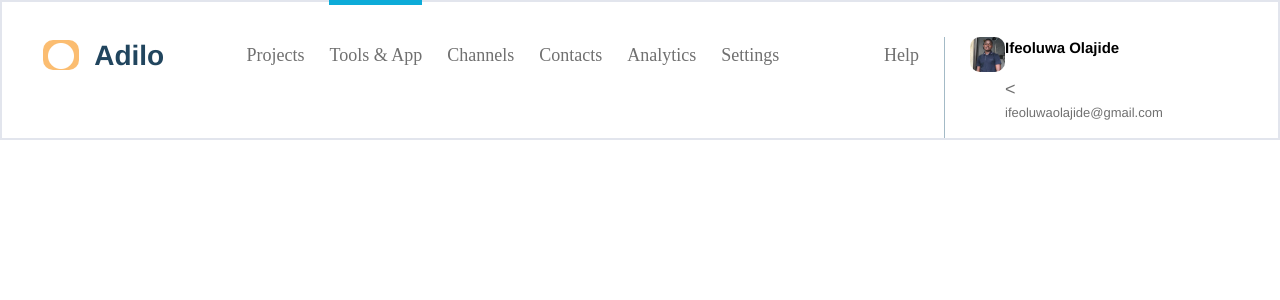
Repository: olhighjay/video_recorder
Page: /
The author's editor kept a copy of each file at every save. The page is drawn from the files as they stood at one save, then again after the next save.
The browser window is 1280 px wide. The pictures show the whole page.
Some web libraries are served in a nearby version. The project was rebuilt for these pictures with package versions that can differ from the ones it lists, and the page was loaded fresh each time. Also part of the build but not shown: vue.config.js.

Above is the page before, as saved 2022-07-28 16:26:23.

### public/index.html
<!DOCTYPE html>
<html lang="">
  <head>
    <meta charset="utf-8">
    <meta http-equiv="X-UA-Compatible" content="IE=edge">
    <meta name="viewport" content="width=device-width,initial-scale=1.0">
    <link rel="icon" href="<%= BASE_URL %>favicon.ico">
    <title><%= htmlWebpackPlugin.options.title %></title>
    <link rel="stylesheet" href="https://cdn.jsdelivr.net/npm/bootstrap@4.0.0/dist/css/bootstrap.min.css" integrity="sha384-Gn5384xqQ1aoWXA+058RXPxPg6fy4IWvTNh0E263XmFcJlSAwiGgFAW/dAiS6JXm" crossorigin="anonymous">
  </head>
  <body>
    <noscript>
      <strong>We're sorry but <%= htmlWebpackPlugin.options.title %> doesn't work properly without JavaScript enabled. Please enable it to continue.</strong>
    </noscript>
    <div id="app"></div>
    <!-- built files will be auto injected -->


    <script src="https://code.jquery.com/jquery-3.2.1.slim.min.js" integrity="sha384-KJ3o2DKtIkvYIK3UENzmM7KCkRr/rE9/Qpg6aAZGJwFDMVNA/GpGFF93hXpG5KkN" crossorigin="anonymous"></script>
<script src="https://cdn.jsdelivr.net/npm/popper.js@1.12.9/dist/umd/popper.min.js" integrity="sha384-ApNbgh9B+Y1QKtv3Rn7W3mgPxhU9K/ScQsAP7hUibX39j7fakFPskvXusvfa0b4Q" crossorigin="anonymous"></script>
<script src="https://cdn.jsdelivr.net/npm/bootstrap@4.0.0/dist/js/bootstrap.min.js" integrity="sha384-JZR6Spejh4U02d8jOt6vLEHfe/JQGiRRSQQxSfFWpi1MquVdAyjUar5+76PVCmYl" crossorigin="anonymous"></script>
  </body>
</html>

### src/App.vue
<template>
  <!-- <img alt="Vue logo" src="./assets/logo.png"> -->
  <div>
    <nav class="">
      <div class="nav-logo-area">
        <div class="nav-logo-area-inner">
          <div style="padding-top:21px">
            <span style="background-color:#FBBD71; padding:5px; border-radius:10px">
            <img alt="Adilo logo" src="./assets/swarm.png">
            </span>
          </div>
          <div style="font-size:28px; margin-left:15px; font-weight:bold; color:#21455E; padding-top:14px">Adilo</div>
        </div>
      </div>
      <div class="nav-tab">
        <ul class="my-nav-list">
          <li><a>Projects</a></li>
          <li style="border-top: 6px solid #0DABD8"> <a>Tools & App</a></li>
          <li><a>Channels</a></li>
          <li><a>Contacts</a></li>
          <li><a>Analytics</a></li>
          <li><a>Settings</a></li>
        </ul>
      </div>
      <div class="nav-profile">
        <ul class="my-nav-list">
          <li><a>Help</a></li>
        </ul>
        <div style="padding-top:35px; display:flex ">
          <div style="border-left: 1px solid #A3BAC6; padding-left:25px">
            <img alt="Adilo logo" src="./assets/profile.jpg" style="width:35px; height: 35px; border-radius:10px">
          </div>
          <div>
            <p style="font-weight:bold; font-size:15px; color:black">Ifeoluwa Olajide </p> <
            <p style="font-size:13px">ifeoluwaolajide@gmail.com</p>
          </div>
        </div>
      </div>
    </nav>
  </div>
</template>

<script>
// import HelloWorld from './components/HelloWorld.vue'

export default {
  name: 'App',
  components: {
    // HelloWorld
  }
}
</script>

<style>
  nav {
    display: flex;
    /* height: 69px; */
    padding: 0 0.032%;
  }

  .nav-logo-area {
    flex: 0 0 16%;
    padding-left: 3.2%;
    padding-top: 19px;
    padding-bottom: 27px;
  }
  .nav-logo-area-inner {
    display: flex;
  }
  .nav-tab {
    flex: 0 0 50%;
  }
  .nav-profile {
    flex: 0 0 34%;
    display: flex;
  }
  .my-nav-list {
    list-style: none;
    padding-top: 40px;
  }
  .my-nav-list>li {
    display: inline;
    margin-right: 25px;
    padding-top: 40px;
  }
  .my-nav-list>li>a {
    text-align: left;
    font: normal normal normal 18px/27px Poppins;
    letter-spacing: 0px;
    color: #707070;
    opacity: 1
  }




#app {
  font-family: Avenir, Helvetica, Arial, sans-serif;
  -webkit-font-smoothing: antialiased;
  -moz-osx-font-smoothing: grayscale;
   /* text-align: center; */
   font-size: 18px;
  color: #707070;
  border: solid 2px #E2E5ED;
  width: 100vw;
  /* margin-top: 60px;  */
}
</style>

Loaded but not shown: src/main.js (common file)

After the next save:
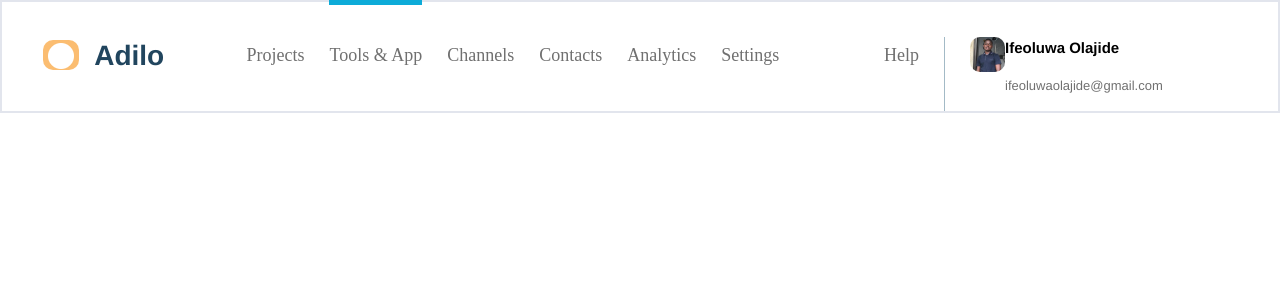
Saved 5 s later.
--- a/src/App.vue
+++ b/src/App.vue
@@ -31,7 +31,7 @@
             <img alt="Adilo logo" src="./assets/profile.jpg" style="width:35px; height: 35px; border-radius:10px">
           </div>
           <div>
-            <p style="font-weight:bold; font-size:15px; color:black">Ifeoluwa Olajide </p> <
+            <p style="font-weight:bold; font-size:15px; color:black">Ifeoluwa Olajide </p>
             <p style="font-size:13px">ifeoluwaolajide@gmail.com</p>
           </div>
         </div>
